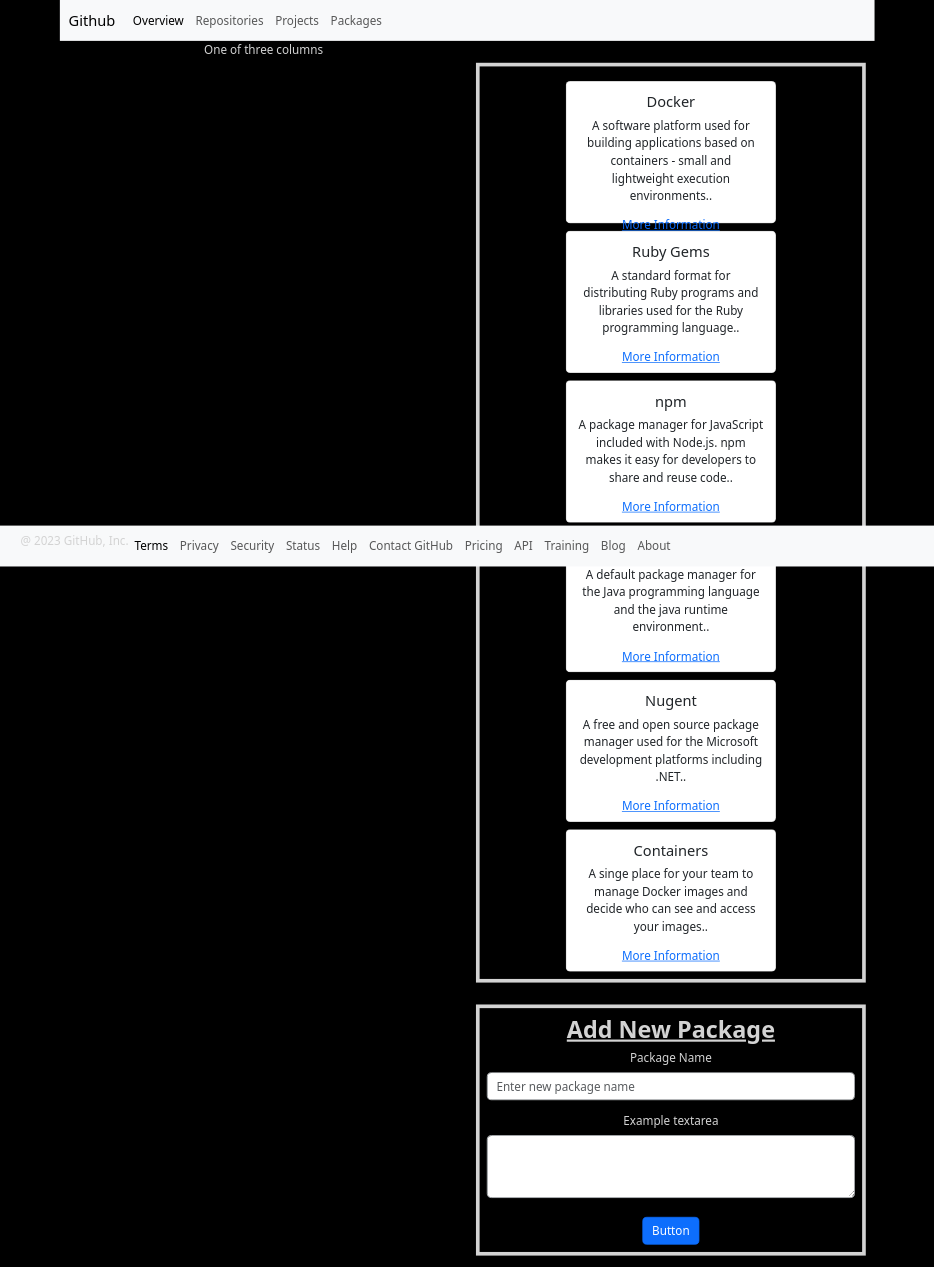
Repository: nss-evening-cohort-E23/gitsub-pull-request-posse
Page: packages.html
These files come from the project's save history. The page is drawn as it stood at one moment and after a run of saves; the edit follows.
The browser window is 1280 px wide. The pictures show the whole page, at 73% of full size.

Above is the page before, as saved 2023-05-09 18:53:14.

### packages.html
<!DOCTYPE html>
<html lang="en">
<head>
  <meta charset="UTF-8">
  <meta http-equiv="X-UA-Compatible" content="IE=edge">
  <meta name="viewport" content="width=device-width, initial-scale=1.0">
  <link href="https://cdn.jsdelivr.net/npm/bootstrap@5.3.0-alpha3/dist/css/bootstrap.min.css" rel="stylesheet" integrity="sha384-KK94CHFLLe+nY2dmCWGMq91rCGa5gtU4mk92HdvYe+M/SXH301p5ILy+dN9+nJOZ" crossorigin="anonymous">
  <link rel="stylesheet" href="packages.css">
  <title>Packages</title>
</head>
<body>
  <div class="container" id="master">
    <div id="navigate">
      <nav class="navbar navbar-expand-lg bg-body-tertiary">
        <div class="container-fluid">
          <a class="navbar-brand" href="#">Github</a>
          <button class="navbar-toggler" type="button" data-bs-toggle="collapse" data-bs-target="#navbarNavAltMarkup" aria-controls="navbarNavAltMarkup" aria-expanded="false" aria-label="Toggle navigation">
            <span class="navbar-toggler-icon"></span>
          </button>
          <div class="collapse navbar-collapse" id="navbarNavAltMarkup">
            <div class="navbar-nav">
              <a class="nav-link active" aria-current="page" href="#">Overview</a>
              <a class="nav-link" href="#">Repositories</a>
              <a class="nav-link" href="#">Projects</a>
              <a class="nav-link" href="#">Packages</a>
            </div>
          </div>
        </div>
      </nav>
    </div>
   <div class="container text-center">
    <div class="row align-items-start">
    <!-- 2 columns | first column for static bio -->
    <div class="col" id="bio">
      One of three columns

    </div>
    <div class="col">
      <!-- <h2><b><u>Packages</u></b></h2> -->
      <div id="packages"></div>
      <div id="newPackage"><div class="mb-3">
        <h2><b><u>Add New Package</u></b></h2>
        <label for="formGroupExampleInput" class="form-label">Package Name</label>
        <input type="text" class="form-control" id="formGroupExampleInput" placeholder="Enter new package name">
      </div>
      <div class="mb-3">
        <label for="exampleFormControlTextarea1" class="form-label">Example textarea</label>
        <textarea class="form-control" id="exampleFormControlTextarea1" rows="3"></textarea>
      </div>
        <button class="btn btn-primary" type="submit" id="newSubmit">Button</button>
      </div></div>
    </div>
  </div>
</div>
<!-- Footer -->

<div class="footer">
<nav class="navbar navbar-expand-lg bg-body-tertiary">
  <div class="container-fluid">
    <a class="navbar-brand" href="#"></a>
    <button class="navbar-toggler" type="button" data-bs-toggle="collapse" data-bs-target="#navbarNav" aria-controls="navbarNav" aria-expanded="false" aria-label="Toggle navigation">
      <span class="navbar-toggler-icon"></span>
    </button>
    <div class="collapse navbar-collapse" id="footer">
      <p>@ 2023 GitHub, Inc.</p>
      <div id="ftr-links">
      <ul class="navbar-nav">
        <li class="nav-item">
          <a class="nav-link active" aria-current="page" href="#">Terms</a>
        </li>
        <li class="nav-item">
          <a class="nav-link" href="#">Privacy</a>
        </li>
        <li class="nav-item">
          <a class="nav-link" href="#">Security</a>
        </li>
        <li class="nav-item">
          <a class="nav-link" href="#">Status</a>
        </li>
        <li class="nav-item">
          <a class="nav-link" href="#">Help</a>
        </li>
      </ul>

      <ul class="navbar-nav">
        <li class="nav-item">
          <a class="nav-link" href="#">Contact GitHub</a>
        </li>
        <li class="nav-item">
          <a class="nav-link" href="#">Pricing</a>
        </li>
        <li class="nav-item">
          <a class="nav-link" href="#">API</a>
        </li>
        <li class="nav-item">
          <a class="nav-link" href="#">Training</a>
        </li>
        <li class="nav-item">
          <a class="nav-link" href="#">Blog</a>
        </li>
        <li class="nav-item">
          <a class="nav-link" href="#">About</a>
        </li>
      </ul>
    </div>
  </div>
</nav>
</div>
</div>
</div>
</div>
  <script src="main.js"></script>
  <script src="https://cdn.jsdelivr.net/npm/bootstrap@5.3.0-alpha3/dist/js/bootstrap.bundle.min.js" integrity="sha384-ENjdO4Dr2bkBIFxQpeoTz1HIcje39Wm4jDKdf19U8gI4ddQ3GYNS7NTKfAdVQSZe" crossorigin="anonymous"></script>
</body>
</html>

### packages.css
body {
  background-color: black;
  color: lightgray;
  flex: auto;
}

#master {
  display: flex;
  flex-direction: column;
  height: 100vh;
}

#navigate {
  flex: none;



}

.footer {
  margin-top: auto;
  justify-content: space-around;

}

#ftr-links {
  display: flex;
  flex-direction: row;
  justify-content: space-between;

}

#packages {
  display: flex;
  flex-direction: row;
  flex-wrap: wrap;
  justify-content: space-around;
  margin: 0 auto;
  width: 100%;
  border: 5px solid lightgray;
  padding: 10px;
  margin-top: 30px;

}

.card {
 height: 195px;
 margin-top: 10px;
}

#newPackage {
  border: 5px solid lightgray;
  margin-top: 30px;
  margin-bottom: 15px;
  padding: 10px;
}

#newSubmit {
  margin-top: 10px;
}

### main.js

const renderToDom = (divId, htmltoRender) => {
  let targetedDiv = document.getElementById(divId);
  targetedDiv.innerHTML = htmltoRender;
};

const reposCardsOnDom = () => {
  let domString = "";
  domString += `

  `;
};

// packages array
const packages = [
  {
    id: 1,
    name: 'Docker',
    description: 'A software platform used for building applications based on containers - small and lightweight execution environments.',

  },

  {
    id: 2,
    name: 'Ruby Gems',
    description: 'A standard format for distributing Ruby programs and libraries used for the  Ruby programming language.',

  },

  {
    id: 3,
    name: 'npm',
    description: 'A package manager for JavaScript included with Node.js. npm makes it easy for developers to share and reuse code.',

  },

  {
    id: 4,
    name: 'Apache Maven',
    description: 'A default package manager for the Java programming language and the java runtime environment.',

  },

  {
    id: 5,
    name: 'Nugent',
    description: 'A free and open source package manager used for the Microsoft development platforms including .NET.',

  },

  {
    id: 6,
    name: 'Containers',
    description: 'A singe place for your team to manage Docker images and decide who can see and access your images.',
  },
]

// packages
const packagesOnDom = (array) => {
  let domString = "";

// package cards
for (const package of array) {
  domString += `<div class="card" style="width: 18rem;" id="pkgs">
  <div class="card-body">
    <h5 class="card-title">${package.name}</h5>
    <p class="card-text">${package.description}.</p>
    <a href="#" class="card-link">More Information</a>
  </div>
</div>`
}
renderToDom("packages", domString);

}
packagesOnDom(packages);

const startApp = () => {
  packagesOnDom(packages);
}

After the next 3 saves:
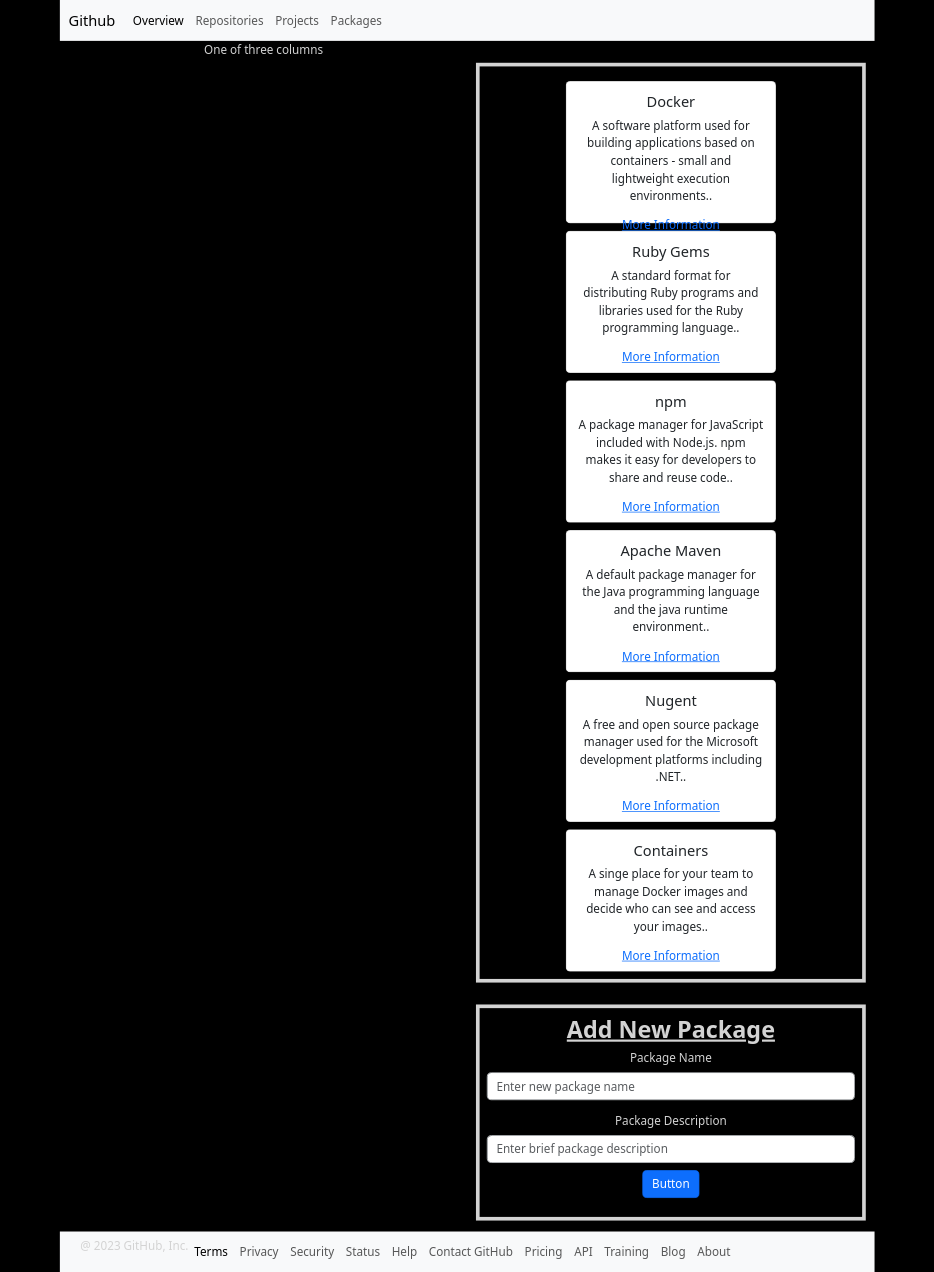
The 3 saves are shown as one change because they came seconds apart.
The last was saved 63 s later.
--- a/packages.html
+++ b/packages.html
@@ -44,9 +44,8 @@
         <input type="text" class="form-control" id="formGroupExampleInput" placeholder="Enter new package name">
       </div>
       <div class="mb-3">
-        <label for="exampleFormControlTextarea1" class="form-label">Example textarea</label>
-        <textarea class="form-control" id="exampleFormControlTextarea1" rows="3"></textarea>
-      </div>
+        <label for="formGroupExampleInput2" class="form-label">Package Description</label>
+        <input type="text" class="form-control" id="formGroupExampleInput2" placeholder="Enter brief package description">
         <button class="btn btn-primary" type="submit" id="newSubmit">Button</button>
       </div></div>
     </div>
